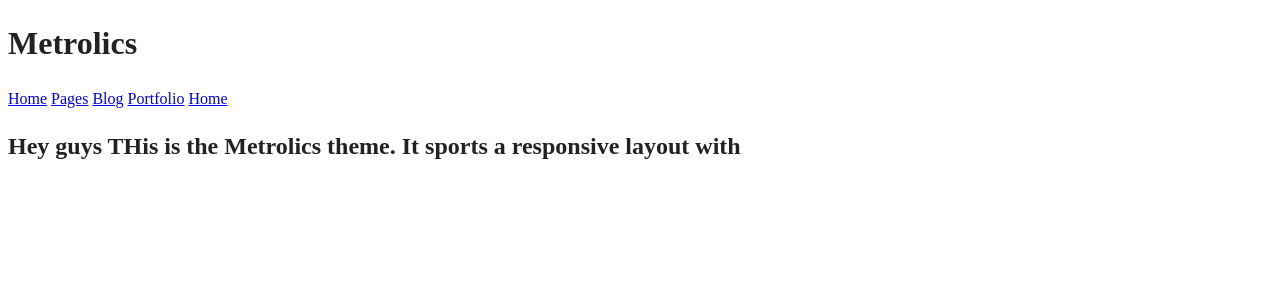
Repository: jgache/LAB-02A
Page: index.html
These files come from the project's save history. The page is drawn as it stood at one moment and after the next save; the edit follows.
The browser window is 1280 px wide. The pictures show the whole page.

Above is the page before, as saved 2024-01-22 22:02:05.

After the next save:
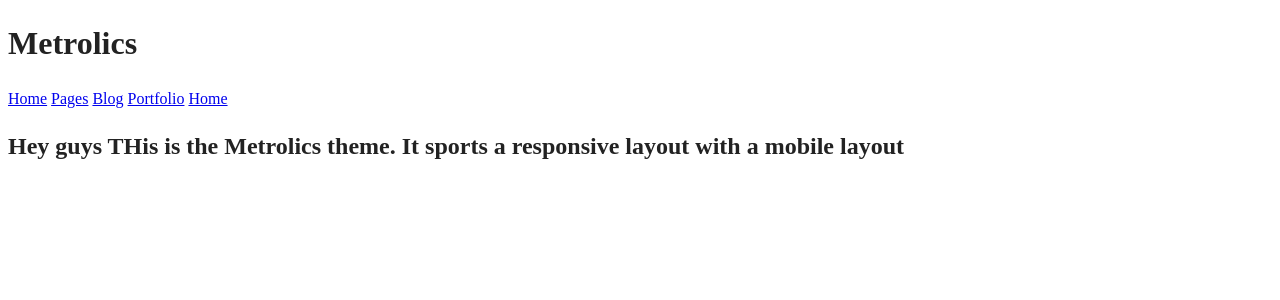
Saved 4 s later.
--- a/index.html
+++ b/index.html
@@ -47,7 +47,7 @@
   <main>
 
     <section class="text">
-      <h2> Hey guys THis is the Metrolics theme. It sports a responsive layout with </h2>
+      <h2> Hey guys THis is the Metrolics theme. It sports a responsive layout with a mobile layout</h2>
 
     </section>
 
